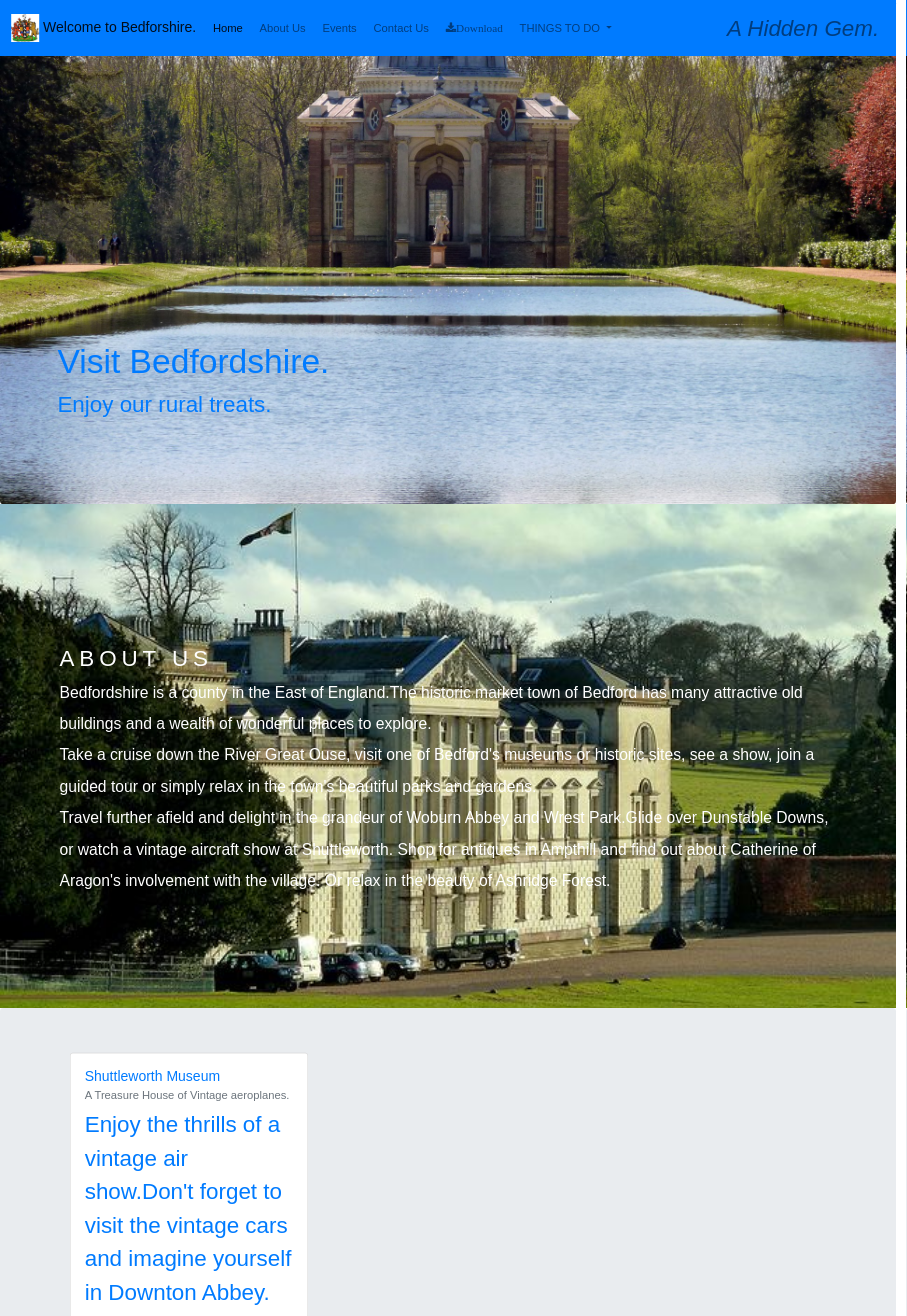
Repository: margaretalice/wrest
Page: index.html
The author's editor kept a record of every edit. The page is drawn from the files as they stood at one moment, then again after the next edit.
The browser window is 1280 px wide. The page is 1295 px wide, so the pictures cover 1295 px, including what lies to the right of the window. The pictures show the part of the page from y = 0 to 1880 px (the page is 5794 px tall), at 70% of full size.
Backgrounds fixed to the window are drawn as part of the page.

Above is the page before.

### index.html

   <!DOCTYPE html>
<html lang="en">

<head>
    <meta charset="UTF-8">
    <meta name="viewport" content="width=device-width, initial-scale=1.0">
    <meta http-equiv="X-UA-Compatible" content="ie=edge">
    <link rel="stylesheet" href="https://maxcdn.bootstrapcdn.com/bootstrap/4.1.3/css/bootstrap.min.css" type="text/css" />
    <link rel="stylesheet" href="https://stackpath.bootstrapcdn.com/font-awesome/4.7.0/css/font-awesome.min.css" type="text/css" />
    <link rel="stylesheet" href="https://cdnjs.cloudflare.com/ajax/libs/hover.css/2.3.1/css/hover-min.css" type="text/css" />
    <link rel="stylesheet" href="assets/css/style.css" type="text/css" />

    <title>Bedfordshire:a county of surprises</title>
</head>
    <body>
       <header class="jumbotron" id="landing-view">


    <nav class="navbar navbar-light navbar-expand-sm bg-primary navbar-light fixed-top">

        <a href="/" class="navbar-brand">
            <img src="bedfordshire-coat-arms.jpg" alt="logo" style="width:40px;">

                   Welcome to Bedforshire. </a>



        <button class="navbar-toggler ml-auto" type="button" data-toggle="collapse" data-target="#navbarNavDropdown" aria-controls="navbarNavDropdown" aria-expanded="false" aria-label="Toggle navigation">

        <span class="navbar-toggler-icon"></span></button>



        <div class="collapse navbar-collapse" id="navbarNavDropdown">

            <ul class="navbar-nav mr-auto">

                <li class="active nav-item mr-2"><a class="nav-link" href="/">Home</a></li>

                <li class="nav-item mr-2"><a class="nav-link" href="">About Us</a></li>

                <li class="nav-item mr-2"><a class="nav-link" href="">Events</a></li>

                <li class="nav-item mr-2"><a class="nav-link" href="">Contact Us</a></li>
                 <li class="nav-item mr-2"><a class="nav-link" href=""><i class="fa fa-download" aria-hidden="true"><span>Download</span></i></a></li>

                <li class="nav-item dropdown">

                    <a class="nav-link dropdown-toggle" href="#" id="navbarDropdownMenuLink" role="button" data-toggle="dropdown" aria-haspopup="true" aria-expanded="false">

        THINGS TO DO

        </a>

                    <div class="dropdown-menu" aria-labelledby="navbarDropdownMenuLink">

                        <a class="dropdown-item" href="#">FOOD & DRINK</a>

                        <a class="dropdown-item" href="#">SHOPPING</a>

                        <a class="dropdown-item" href="#">ACCOMODATION</a>

                        <a class="dropdown-item" href="#">CONFERENCES</a>

                    </div>

                </li>




            </ul>

        </div>

        <div class="d-none d-md-block">

            <p class="navbar-text my-auto mr-2"><i>A Hidden Gem.</i></p>



        </div>

        <!--</div>-->
        </nav>
                <div class="container top">

                <h1 class='name'>Visit Bedfordshire.</h1>

                <p class='title'>Enjoy our rural treats.</p>

            </div>
        </header>


    <section id="info">

        <div class="container about-row">

            <div class="row" id='about'>

                <h2>About Us</h2>

            </div>


                <p class='about-p'col-sm-scroll>Bedfordshire is a county in the East of England.The historic market town of Bedford has many attractive old buildings and a wealth of wonderful places to explore.</p>

                <p class='about-p'col=sm-scroll >Take a cruise down the River Great Ouse, visit one of Bedford's museums or historic sites, see a show, join a guided tour or simply relax in the town's beautiful parks and gardens.</P>




                <p class='about-p'col-sm-hidden >Travel further afield and delight in the grandeur of Woburn Abbey and Wrest Park.Glide over Dunstable Downs, or watch a vintage aircraft show at Shuttleworth. Shop for antiques in Ampthill and find out about Catherine of Aragon's involvement
                    with the village. Or relax in the beauty of Ashridge Forest.</P>

            </div>



    </section>
     <section class="jumbotron"  id="event">

        <div class="container scroll-work" >

            <div class="col-xs-6 col-sm-4 project-cards">
                  <div class="card">
  <div class="card-body">



    <h5 class="card-title">Shuttleworth Museum</h5>
    <h6 class="card-subtitle mb-2 text-muted">A Treasure House of Vintage aeroplanes.</h6>
    <p class="card-text">Enjoy the thrills of a vintage air show.Don't forget to visit the vintage cars and imagine yourself in Downton Abbey.</p>
      <a href="https://www.shuttleworth.org/events/airshows/" class="btn btn-primary">Read More</a>


  </div>
</div>
  </div>
</div>









            <div class="col-xs-6 col-sm-4 project-cards">

                <div class="card">

                    <div class="card-body">

                        <h5 class="card-title">Herrings Green</h5>

                        <h6 class="card-subtitle mb-2 text-muted">Farm activities for the family. </h6>

                        <p class="card-text">Children will be fascinated by the bird of prey displays. Ride on tractors, visit the pony boutique, or meet the alpacas.</p>

                        <div class="row">
                              <a href="http://birdsofpreycentre.co.uk/things-to-do/" class="btn btn-primary">Read More</a>




                        </div>

                    </div>

                </div>

            </div>

            <div class="col-xs-6 col-sm-4 project-cards">

                <div class="card">

                    <div class="card-body">

                        <h5 class="card-title">Come to Whipsnade Zoo.</h5>

                        <h6 class="card-subtitle mb-2 text-muted">A Safari Park dedicated to the conservation of animals.</h6>

                        <p class="card-text">Have a wild day out at the Hullabazoo Adventure Playground. Ride the jumbo express around the zoo.Enjoy excellent food and drink.</p>

                        <div class="row">
                              <a href= "https://www.zsl.org/zsl-whipsnade-zoo/visitor-information"  class="btn btn-primary">Read More</a>




                        </div>

                    </div>

                </div>

            </div>


            <div class="col-xs-6 col-sm-4 project-cards">

                <div class="card">

                    <div class="card-body">

                        <h5 class="card-title">Aquasana Spa</h5>

                        <h6 class="card-subtitle mb-2 text-muted">Re-energise yourself at a spa in the heart of a forest.</h6>

                        <p class="card-text">Spend a day or as long as you want in the Blossom spa, the Fire and Ice spa, or the Herbal and Sensory spas.</p>

                        <div class="row">
                            <a href="https://www.aquasana.co.uk/spa-locations/woburn-forest/spa-experience-rooms.html" class="btn btn-primary">Read More</a>






                        </div>

                    </div>

                </div>

            </div>



            <div class="col-xs-6 col-sm-4 project-cards">

                <div class="card">

                    <div class="card-body">

                        <h5 class="card-title">Ampthill Park.</h5>

                        <h6 class="card-subtitle mb-2 text-muted">Take part in the many events held in Ampthill park.</h6>

                        <p class="card-text">Visit the home of Catherine of Aragon. Rumour has it that her ghost can be seen at twilight!</p>

                        <div class="row">
                             <a href= "https://en.wikipedia.org/wiki/Ampthill_Park" class="btn btn-primary">Read More</a>






                        </div>

                    </div>

                </div>

            </div>


            <div class="col-xs-6 col-sm-4 project-cards">

                <div class="card">

                    <div class="card-body">

                        <h5 class="card-title">Hitchin Lavender</h5>

                        <h6 class="card-subtitle mb-2 text-muted">A Treat for all the Senses.</h6>

                        <p class="card-text">Pick your own lavender then indulge in homemade cake in the seventeenth century barn.</p>

                        <div class="row">
                             <a href="https://hitchinlavender.com/" class="btn btn-primary">Read More</a>



                        </div>

                    </div>

                </div>

            </div>




            <div class="col-xs-6 col-sm-4 project-cards">

                <div class="card">

                    <div class="card-body">


                        <h5 class="card-title">Twinwoods Adventure Center.</h5>

                        <h6 class="card-subtitle mb-2 text-muted">Try a wide range of exciting activities.</h6>

                        <p class="card-text">Go skydiving, indoor surfing, archery or jump off the top of a building (safely!)</p>


                        <div class="row">
                             <a href="https://twinwoodsadventure.com/" class="btn btn-primary">Read More</a>




                        </div>

                    </div>

                </div>

            </div>
            </section>










    <section class="section" id="find">
        <div class="container">


            <div class="row"id="title">
                <div class="col-md-8">
                <h2>FIND US</h2>
                </div>
                </div>
                </div>




          <div class="row" id="findus">
              <div class="col-md-8">
            <p class="section-paragraph">Bedfordshire is easy to reach by car, and public transport.</p>
            <p class="section-paragraph"> We are located between the A1 and M1 and are well served by the A421 dual carriageway, which links the two major roads as well as the A6 and A428.</p>
            <p class="section-paragraph">Bedfordshire is served by Thameslink, East Midlands and the Marston Vale Line.</p>

       </div>
       </div>



              <aside>
                  <div class="row" id="astitle">
                      <div class="col-md-4">

                <h3> The County of Bedfordshire.</h3>
                </div>
                <div class="row"  id="asidepara"
                <div class= "col-md-4">
                <p>Use the map to locate different venues.</p>
                </div>
                </div>
                <div class="image">
                <img src="guide.jpg" alt="map" height=100 width=100>
                </div>
                </div>

          </aside>








    </section>



    <!--*****CONTACT*****-->

    <section class="jumbotron scroll" id="contact">

        <div class="container">

            <div class="col-sm-6"></div>

            <div class="col-xs-12 col-sm-6 contact-form">
                <div class="input"></div>

                <h2 id="contact-head">Contact Us</h2>

                <form id='contact-form'>

                    <div class="row contact">

                        <div class="form-group">

                            <input type="text" class="form-control" id="exampleInputName" name='Name' placeholder="Name" required>

                        </div>

                    </div>

                    <div class="row contact">

                        <div class="form-group">

                            <input type="text" class="form-control" id="exampleInputPhone" name='Phone' placeholder="Phone" required>

                        </div>

                    </div>

                    <div class="row contact">

                        <div class="form-group">

                            <input type="email" class="form-control" id="exampleInputEmail1" name='Email' placeholder="Email" required>

                        </div>

                    </div>

                    <div class="row contact">

                        <div class="form-group message">

                            <textarea class="form-control" name="message" rows="6" placeholder="Message" required></textarea>

                        </div>

                    </div>

                    <input type="submit" value='Send' class="btn btn-default">

                </form>

            </div>

        </div>

<div class="alert alert-warning id="alert" role="alert">
  Be the first to know about events and discounted ticket prices!
</div>

    </section>

    <!--*****FOOTER******-->

    <footer>

        <div class="container">

            <div class="row foot">

                <div class="col-xs-12 col-sm-12 icons">

                    <a href="https://www.linkedin.com/in/haleyschafer" target="_blank"><i class="fab fa-linkedin-in alignment"></i></a>

                    <a href="https://www.github.com/hschafer2017" target="_blank"><i class="fab fa-github alignment"></i></a>

                    <a href="assets/cv/SCHAFER_DevCV.pdf" download><i class="fas fa-file-download alignment"></i></a>

                    <a href="https://medium.com/@haleyschafer" target="_blank"><i class="fab fa-medium-m alignment"></i></a>

                </div>

            </div>

        </div>

    </footer>







 <script src="https://code.jquery.com/jquery-3.3.1.slim.min.js" integrity="sha384-q8i/X+965DzO0rT7abK41JStQIAqVgRVzpbzo5smXKp4YfRvH+8abtTE1Pi6jizo" crossorigin="anonymous"></script>

    <script src="https://cdnjs.cloudflare.com/ajax/libs/popper.js/1.14.3/umd/popper.min.js" integrity="sha384-ZMP7rVo3mIykV+2+9J3UJ46jBk0WLaUAdn689aCwoqbBJiSnjAK/l8WvCWPIPm49" crossorigin="anonymous"></script>

    <script src="https://stackpath.bootstrapcdn.com/bootstrap/4.1.3/js/bootstrap.min.js" integrity="sha384-ChfqqxuZUCnJSK3+MXmPNIyE6ZbWh2IMqE241rYiqJxyMiZ6OW/JmZQ5stwEULTy" crossorigin="anonymous"></script>



</body>
</html>

### assets/css/style.css
body {



    font-family: 'Nobile', sans-serif;
   color: rgba(0, 123, 255, 1);

}

#landing-view {

    background-attachment: fixed;

    background-image: url('../images/wrest-park-bedfordshire.jpg');

    background-position: bottom;

    background-size: cover;

    height: 100vh;

    width: 100vw;

    margin-bottom: 0px;

    z-index: 1;

}

.top {

    padding-left: 12px;

    margin-top:12%;

}



h1 {

    padding-top:25%;


    font-size: 3em;
   color: rgba(0, 123, 255, 1);
    transition:ease-in-out 2s;


}













.jumbotron p {

    font-size: 2em;
 color: rgba(0, 123, 255, 1);
    transition:ease-in-out 2s;


}
.about-row {

    padding-bottom: 10%;

    font-size: 1.75em;

    line-height: 2;
    color:#ffffff;

}



h2 {

    margin-left: 15px;

    margin-top: 15%;

    letter-spacing: 7px;

    text-transform: uppercase;

}



.about-row .about-p {

    font-size: .8em;

    margin: 0 auto;
    color:#ffffff;

}
 #info {


   height: 100vh;



    background: url('../images/Woburn Abbey.jpg') no-repeat center center fixed;

    -webkit-background-size: cover;

    -moz-background-size: cover;

    -o-background-size: cover;

    background-size: cover;



    display: flex;

    align-items: center;

    justify-content: center;
}

After the next edit:
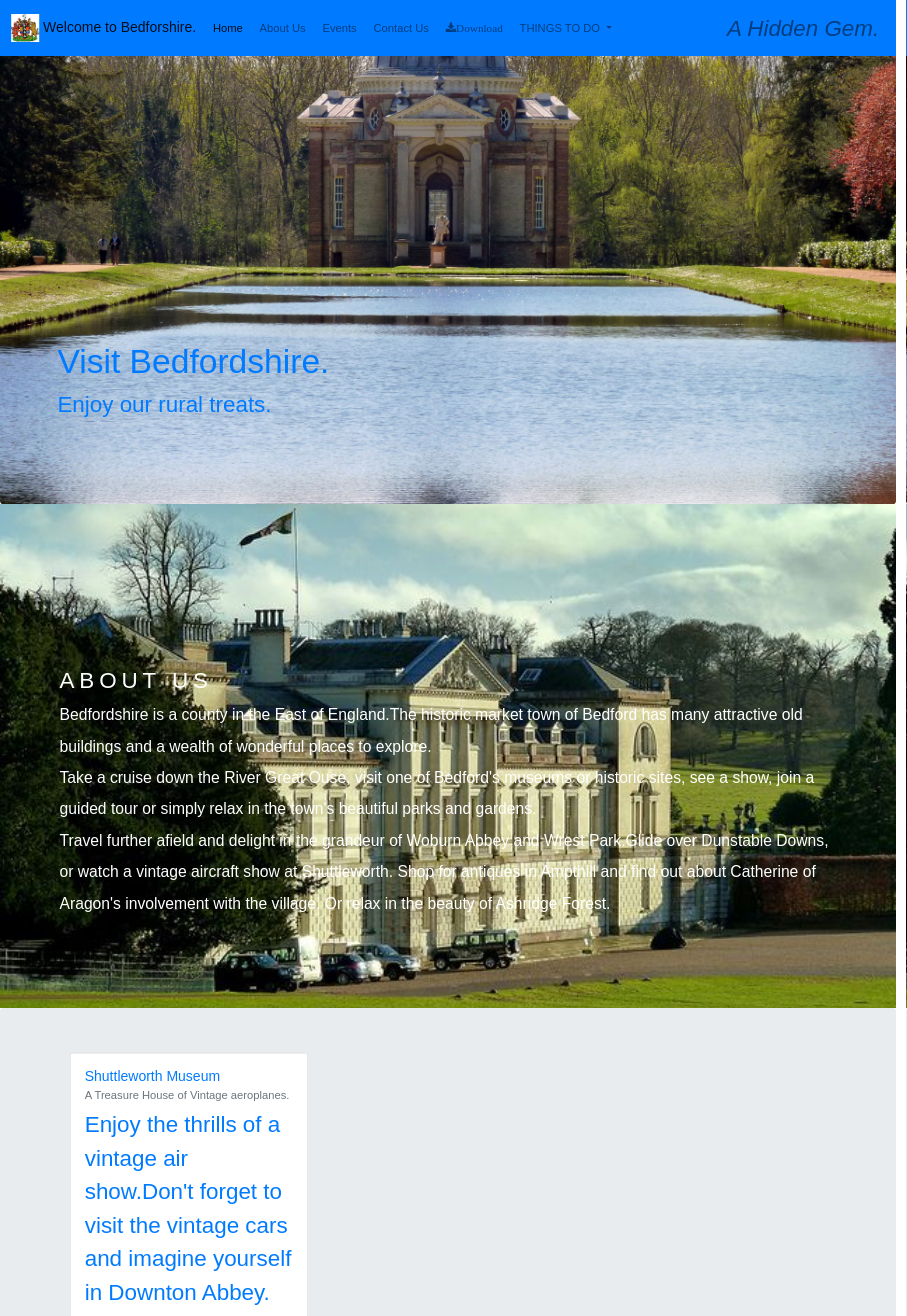
The edit:
--- a/assets/css/style.css
+++ b/assets/css/style.css
@@ -71,7 +71,7 @@
 }
 .about-row {
 
-    padding-bottom: 10%;
+    padding-bottom: 5%;
 
     font-size: 1.75em;
 
